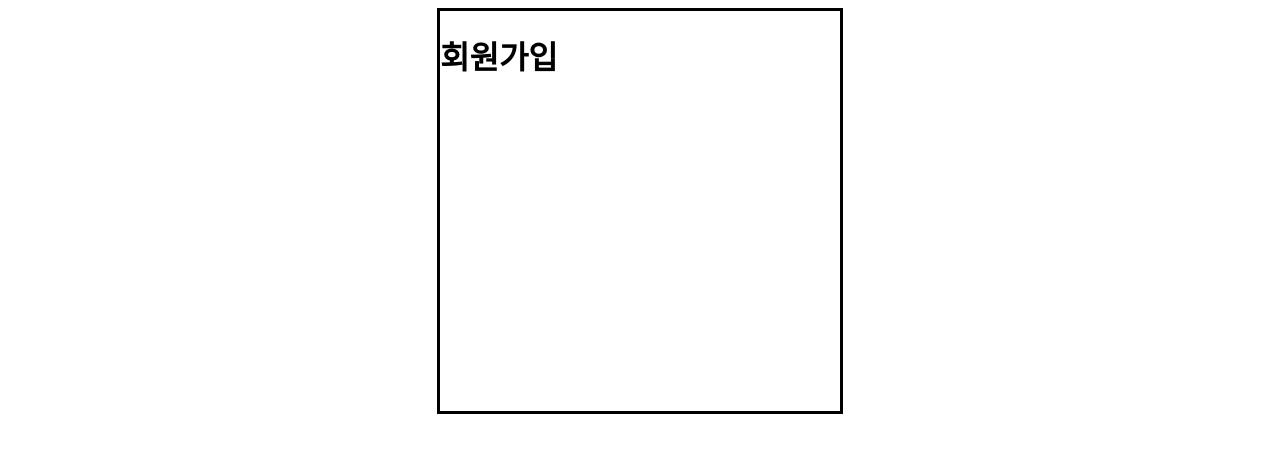
Repository: MySunTY/JSP
Page: http://localhost/PRAC/
An editor plug-in stored every save of this project. The page is shown before and after the next save, followed by the edit.
The browser window is 1280 px wide. The pictures show the whole page.
The page is served by Tomcat 9.

Above is the page before, as saved 2024-05-10 06:59:38.

### PRAC/src/main/webapp/index.jsp
<%@ page language="java" contentType="text/html; charset=utf-8"
    pageEncoding="utf-8"%>
<!DOCTYPE html>
<html>
	<head>
		<meta charset="utf-8">
		<title>회원가입</title>
		<style>
			#wrap{
				width: 400px;
				border: 3px solid black;
				height : 400px;
				margin : 0 auto;
			}
		</style>
	</head>
	<body>
		<div id="wrap">
			<div class="title">
				<h1>회원가입</h1>
			</div>

		</div>

	</body>
</html>

After the next save:
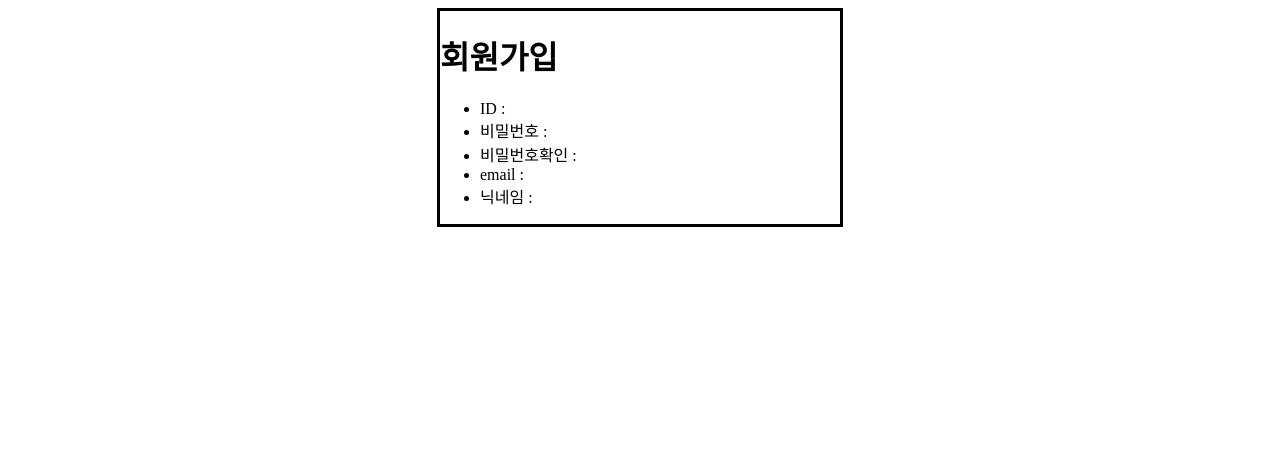
Saved 3 min 22 s later.
--- a/PRAC/src/main/webapp/index.jsp
+++ b/PRAC/src/main/webapp/index.jsp
@@ -9,7 +9,7 @@
 			#wrap{
 				width: 400px;
 				border: 3px solid black;
-				height : 400px;
+
 				margin : 0 auto;
 			}
 		</style>
@@ -19,6 +19,16 @@
 			<div class="title">
 				<h1>회원가입</h1>
 			</div>
+			<div class="desc">
+				<ul>
+					<li>ID :</li>
+					<li>비밀번호 :</li>
+					<li>비밀번호확인 :</li>
+					<li>email :</li>
+					<li>닉네임 :</li>
+
+				</ul>
+			</div>
 
 		</div>
 
